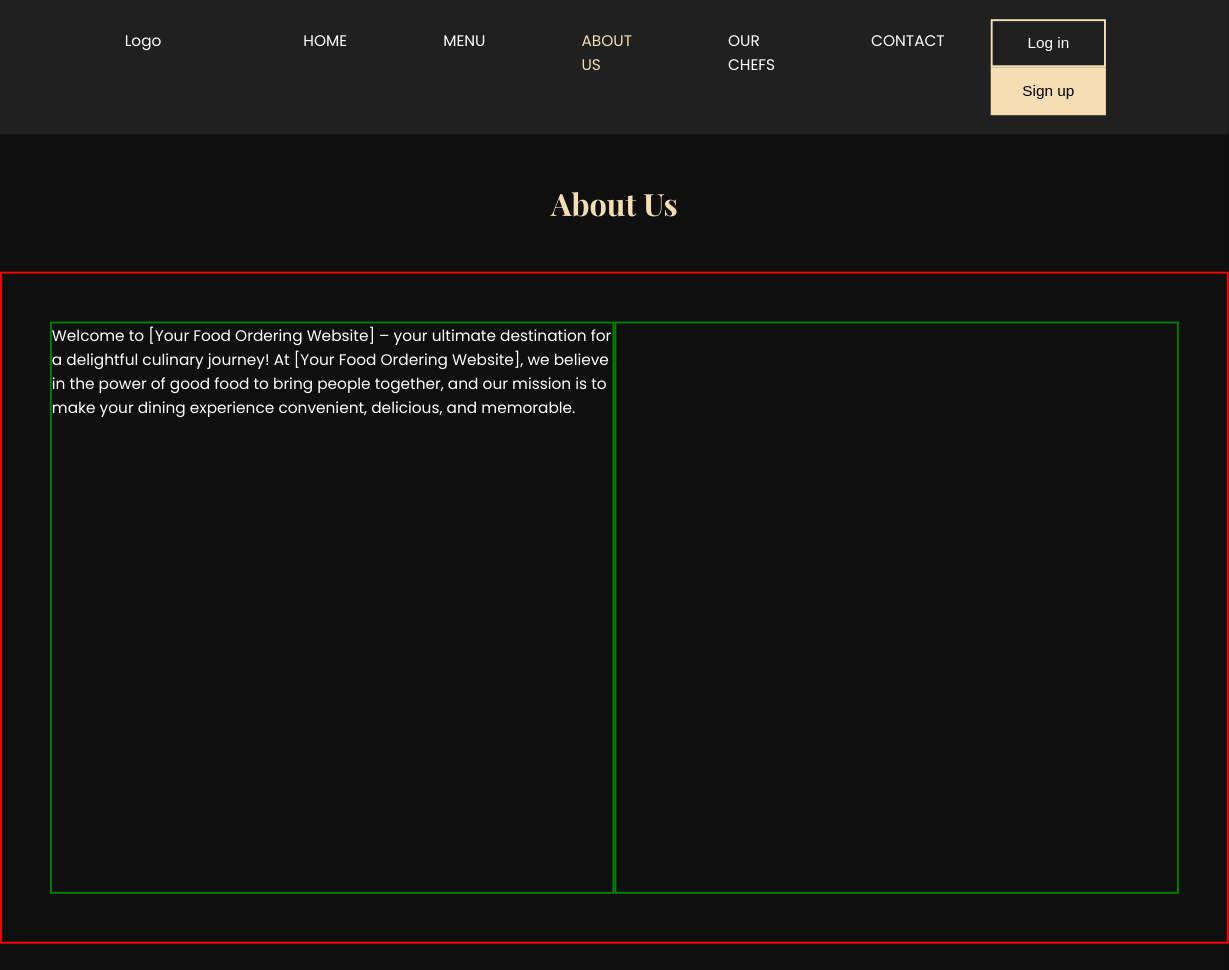
Repository: ThisIsSahaj/NSP
Page: about.html
The author's editor kept a copy of each file at every save. The page is drawn from the files as they stood at one save, then again after the next save.
The browser window is 1280 px wide. The pictures show the whole page, at 96% of full size.

Above is the page before, as saved 2023-12-26 22:11:29.

### about.html
<!DOCTYPE html>
<html lang="en">
<head>
    <meta charset="UTF-8">
    <meta http-equiv="X-UA-Compatible" content="IE=edge">
    <meta name="viewport" content="width=device-width, initial-scale=1.0">
    <title>About Us</title>
    <link rel="stylesheet" href="style.css">
</head>
<body>
    <header>

        <nav class="nav">
            <div class="logo">
                Logo
            </div>
            <div class="menu">
                <ul>
                   <a href="index.html"> <li>Home</li> </a>
                   <a href=""> <li>Menu</li> </a>
                   <a href="" class="active"> <li>About Us</li> </a>
                   <a href=""> <li>Our Chefs</li> </a>
                   <a href=""> <li>Contact</li> </a>
            </ul>
        </div>
        <div class="button">
            <button class="login">Log in</button>
            <button class="signup">Sign up</button>
        </div>
    </nav>
</header>

<div class="about">
    <h1>About Us</h1>
    <div class="aboutBox">
       <div>

Welcome to [Your Food Ordering Website] – your ultimate destination for a delightful culinary journey! At [Your Food Ordering Website], we believe in the power of good food to bring people together, and our mission is to make your dining experience convenient, delicious, and memorable.
       </div>
       <div></div>
    </div>
</div>
</body>
</html>

### style.css
@import url('https://fonts.googleapis.com/css2?family=Poppins:wght@300;400;500;600;700&family=Roboto:wght@100;300;400;500;700;900&display=swap');

@import url('https://fonts.googleapis.com/css2?family=Playfair+Display:wght@400;500;600;700;800;900&family=Poppins:wght@300;400;500;600;700&family=Roboto:wght@100;300;400;500;700;900&display=swap');


*{
    margin: 0px;
    padding: 0px;
    box-sizing: border-box;

}

body{
    background-color: #0F0F0F;
    font-family: 'Poppins', sans-serif;
    /* color: rgb(224, 212, 212); */
    color: white;
}

header{
    margin-top: 0px;
    background-color: #202020;
    padding: 20px;
}
nav{
    display: flex;
    flex-direction: row;
    justify-content: space-around;
}

ul {
    display: flex;
    flex-direction: row;
    list-style: none;
    /* border: 2px solid green; */
}
a {
    color: #fff;
    text-transform: uppercase;
    text-decoration: none;
    /* letter-spacing: 0.15em;      */
    /* display: inline-block; */
    /* padding: 15px 20px; */
    position: relative;
    /* border: 2px solid red; */
}
a:after {
    background: none repeat scroll 0 0 transparent;
    bottom: 0;
    content: "";
    display: block;
    height: 2px;
    left: 50%;
    position: absolute;
    background: #fff;
    transition: width 0.3s ease 0s, left 0.3s ease 0s;
    width: 0;
    margin-bottom: 10px;
}

a:hover:after {
    width: 100%;
    left: 0;
    background-color:wheat;
}
.active{
    color: wheat;
}


.logo{
    width: 20%;
    margin: 10px;
    display: flex;
    justify-content: center;
    /* border: 2px solid hotpink; */

}
.menu ul li{
    margin: 10px 50px;

}

.menu{
    width: 60%;
    display: flex;
    justify-content: center;
    /* border: 2px solid blue; */

}
.button{
    width: 20%;
    /* border: 2px solid hotpink; */
}
button {
    height: 50px;
    width: 120px;
    margin: 0px 10px;
    /* border-radius: 50px; */
    background-color: wheat;
    font-size: 16px;
    cursor: pointer;
    border: none;
}

button:hover{
    background-color: transparent;
    color: white;
    border: 2px solid wheat;
}

.login{
border: 2px solid wheat;
background-color: transparent;
color: white;

}

.login:hover {
    background-color: wheat;
    color: black;
}

.viewMenu{
    margin: 50px;
    border: none;
    width: 160px;
    height: 60px;
}

.sec1{
    /* border: 2px solid red; */
    height: 870px;
    width: 100%;
    background-image: url("assets/images/hero-slider-1.jpg");

    display: flex;
    flex-direction: column;
    justify-content: center;
    align-items: center;
    font-size: 96px;
    font-family: "Playfair Display";
}


.sec2{
width: 100%;
height: 870px;
display: flex;
flex-direction: column;
/* justify-content: center; */
align-items: center;
}

.sec2 p{
    color: wheat;
    font-size: 18px;
    margin: 50px 0px;
}

.about{
    width: 100%;
    height: 870px;
    display: flex;
    flex-direction: column;
    /* justify-content: center; */
    align-items: center;
    }

.about h1{
    font-family: "Playfair Display";
    margin: 50px;
    color: wheat;
    }

 .aboutBox{
    width: 100%;
    height: 700px;
    border: 2px solid red;
    display: flex;
    flex-direction: row;
    justify-content: center;
    padding: 50px;
 }

 .aboutBox div{
    width: 50%;
    border: 2px solid green;
    height: 100%;
 }

After the next save:
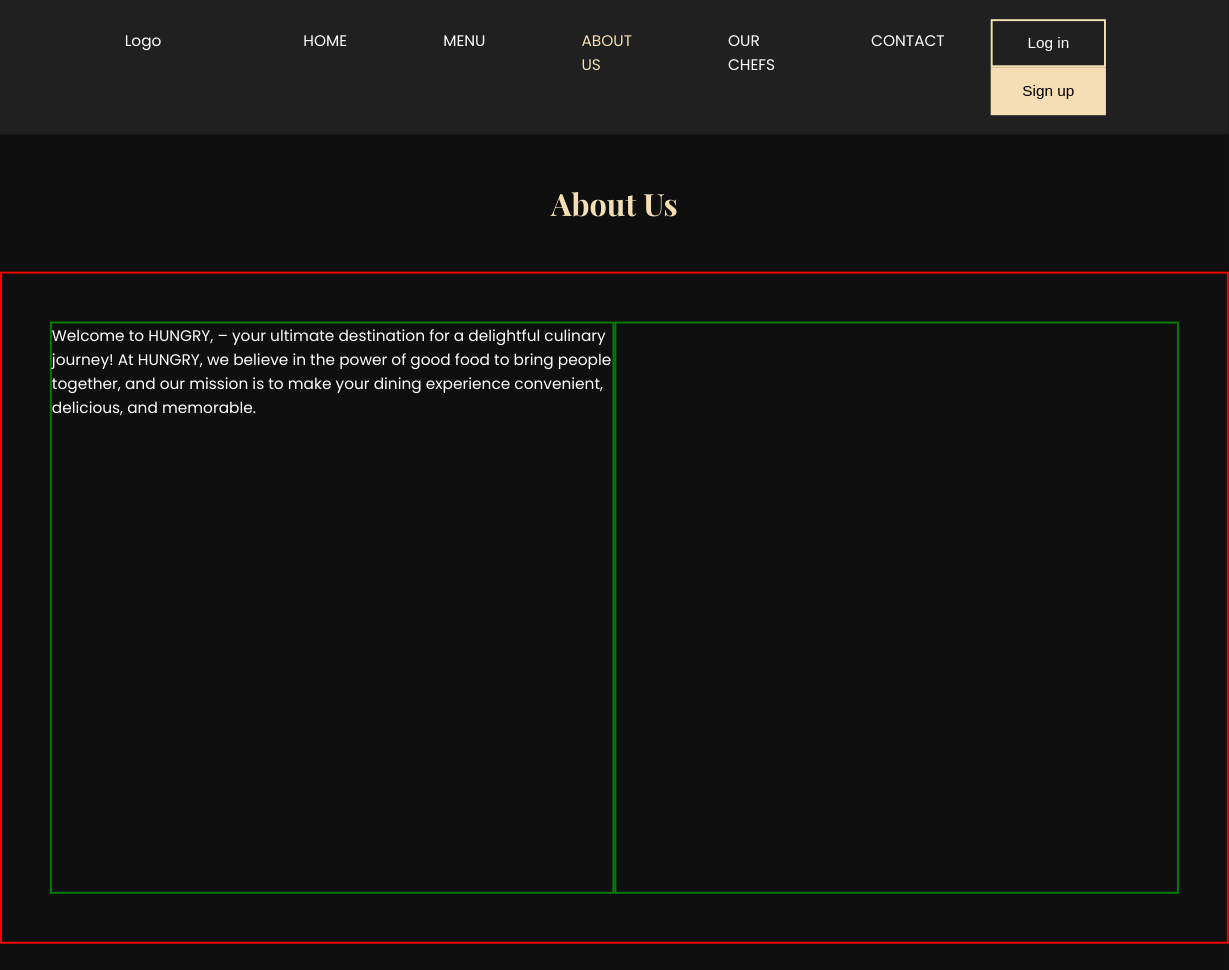
Saved 15 s later.
--- a/about.html
+++ b/about.html
@@ -35,7 +35,7 @@
     <div class="aboutBox">
        <div>
 
-Welcome to [Your Food Ordering Website] – your ultimate destination for a delightful culinary journey! At [Your Food Ordering Website], we believe in the power of good food to bring people together, and our mission is to make your dining experience convenient, delicious, and memorable.
+Welcome to HUNGRY, – your ultimate destination for a delightful culinary journey! At HUNGRY, we believe in the power of good food to bring people together, and our mission is to make your dining experience convenient, delicious, and memorable.
        </div>
        <div></div>
     </div>
